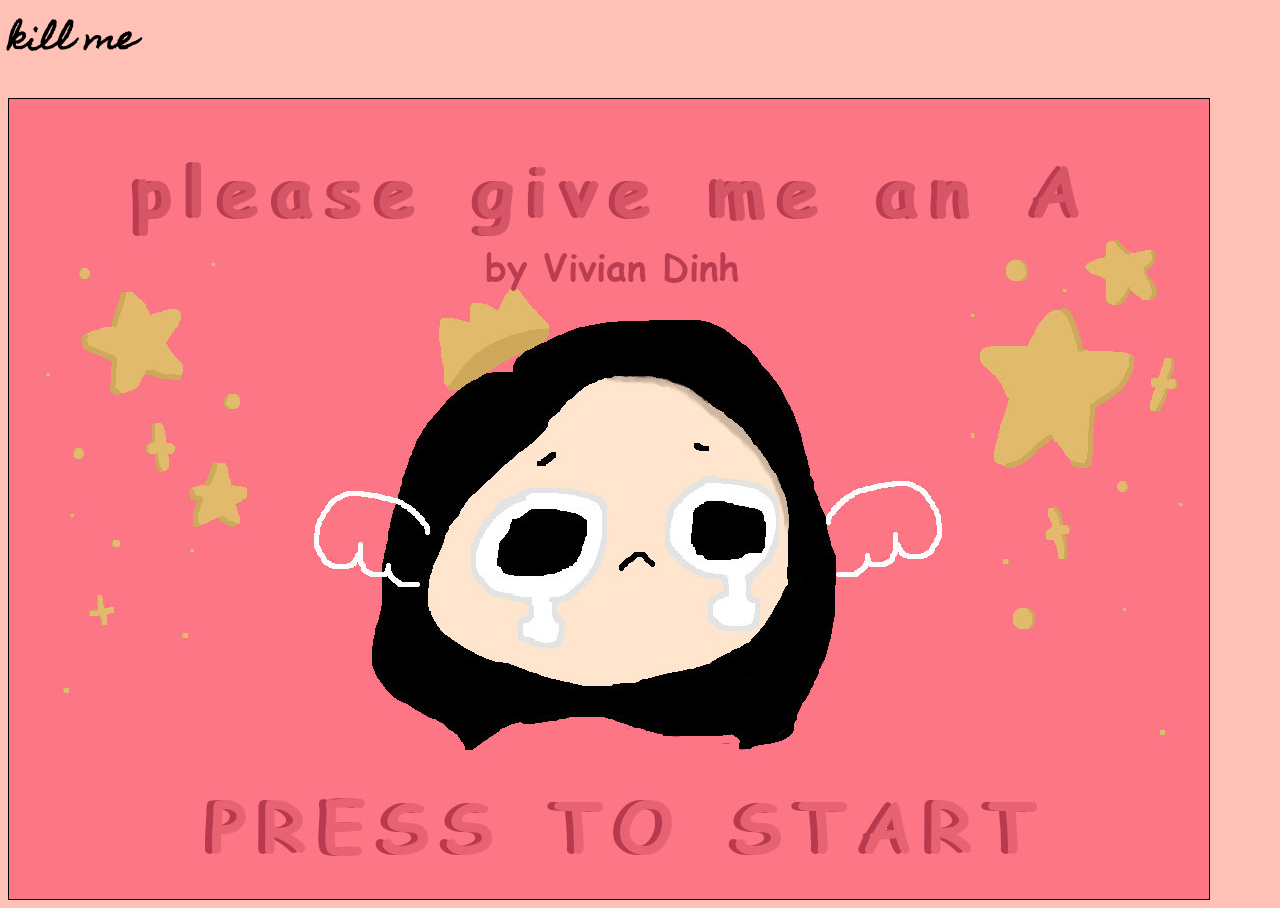
Repository: VivianVDinh/VivianVDinh.github.io
Page: flappyBird.html
The author's editor kept a record of every edit. The page is drawn from the files as they stood at one moment, then again after the next edit.
The browser window is 1280 px wide. The pictures show the whole page.
Some web fonts or font styles are not loaded; a fallback is used.

Above is the page before.

After the next edit:
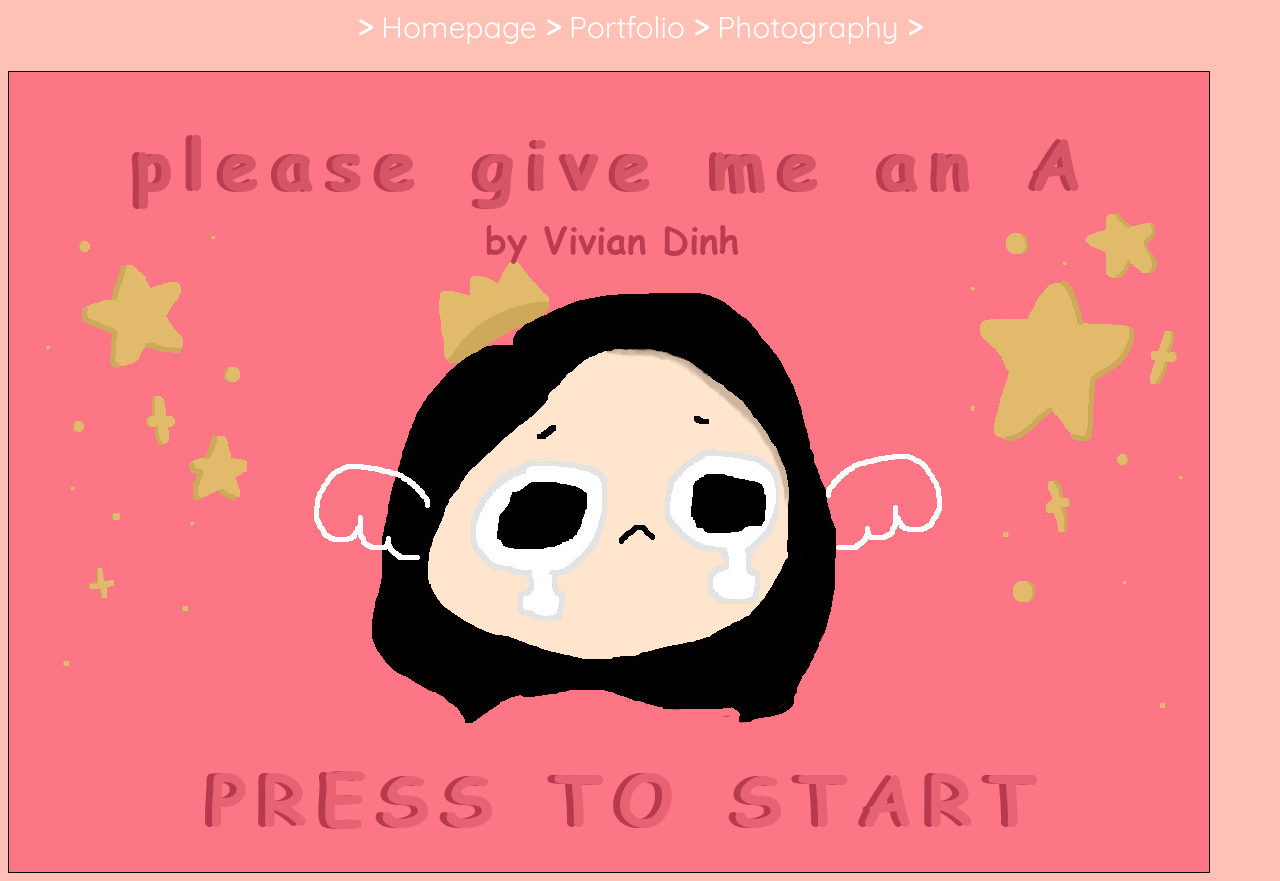
The edit:
--- a/flappyBird.html
+++ b/flappyBird.html
@@ -17,7 +17,23 @@
 </head>
 
 <body>
-  <h1>kill me</h1>
+  <p>
+       <h2 class="navbar">
+       >
+       <a href = "http://vivianvdinh.codehs.me/">
+            Homepage
+        </a>
+        >
+        <a href = "./projects.html">
+            Portfolio
+        </a>
+        >
+        <a href = "./photos.html">
+            Photography
+        </a>
+        >
+        </h2>
+  </p>
   <script type = "text/processing">
     PImage bg, me, botPipe, topPipe,pressStart;
     int bgx,bgy, mx, my, g, Vmy;
